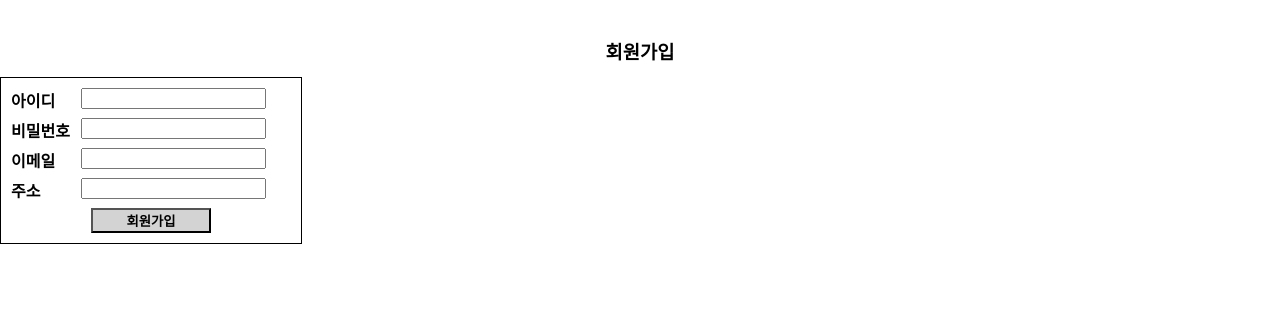
Repository: Gun-stack/jsp
Page: http://localhost/BankProj/Join.jsp
These files come from the project's save history. The page is drawn as it stood at one moment and after the next save; the edit follows.
The browser window is 1280 px wide. The pictures show the whole page.
The page is served by Tomcat 9. Other server files are loaded and not shown.

Above is the page before, as saved 2023-09-21 05:47:36.

### jsp_workspace/BankProj/BankProj/src/main/webapp/Join.jsp
<%@ page language="java" contentType="text/html; charset=UTF-8"
    pageEncoding="UTF-8"%>
<!DOCTYPE html>
<html>
<head>
<meta charset="UTF-8">
<title>Insert title here</title>
<style>
    body {
        margin: 0 auto;
    }

    .container {
        padding:10px;
        border: 1px solid;
        width:280px;
    }
    .header {
        height: 40px;
    }

    .row {
        height: 30px;
    }

    .title {
        width: 70px;
        float: left;
        font-weight: bold;
    }

    .input {
        float: left;
    }

    input[type='submit'] {
        font-weight: bold;
        width:120px;
        background-color: lightgrey;
    }
</style>
</head>
<body>
	<div>
        <form action="Join" method="post" id='form'>
        	<br>
            <div class="header" style="text-align: center;">
                <h3>회원가입</h3>
            </div>
            <div class="container">
                  <div class="row">
                    <div class="title">아이디</div>
                    <div class="input"><input type="text" name="id"></div>
                </div>
                <div class="row">
                    <div class="title">비밀번호</div>
                    <div class="input"><input type="password" name="password"></div>
                </div>
                <div class="row">
                    <div class="title">이메일</div>
                    <div class="input"><input type="text" name="email"></div>
                </div>
                <div class="row">
                    <div class="title">주소</div>
                    <div class="input"><input type="text" name="address"></div>
                </div>
                <div class="button" style="text-align:center;">
                    <input type="submit" id="makeBtn" value="회원가입">
                </div>

            </div>
        </form>
    </div>
</body>
</html>

After the next save:
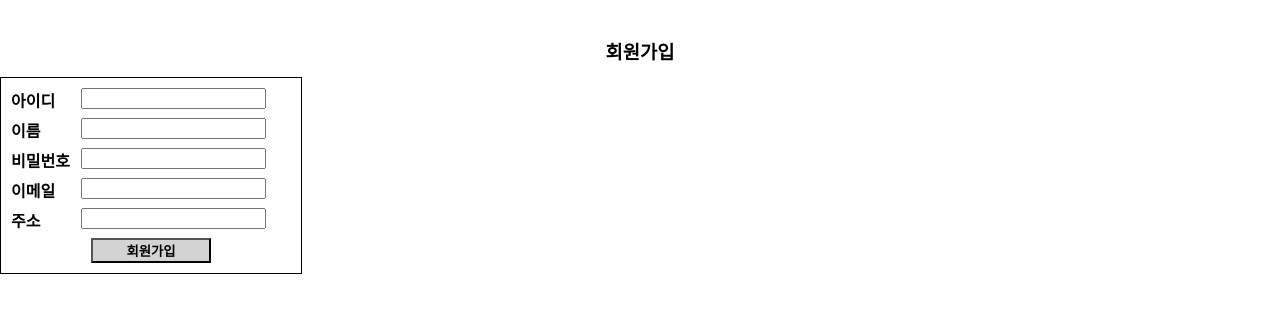
Saved 90 s later.
--- a/jsp_workspace/BankProj/BankProj/src/main/webapp/Join.jsp
+++ b/jsp_workspace/BankProj/BankProj/src/main/webapp/Join.jsp
@@ -53,6 +53,10 @@
                     <div class="input"><input type="text" name="id"></div>
                 </div>
                 <div class="row">
+                    <div class="title">이름</div>
+                    <div class="input"><input type="name" name="name"></div>
+                </div>
+                <div class="row">
                     <div class="title">비밀번호</div>
                     <div class="input"><input type="password" name="password"></div>
                 </div>
